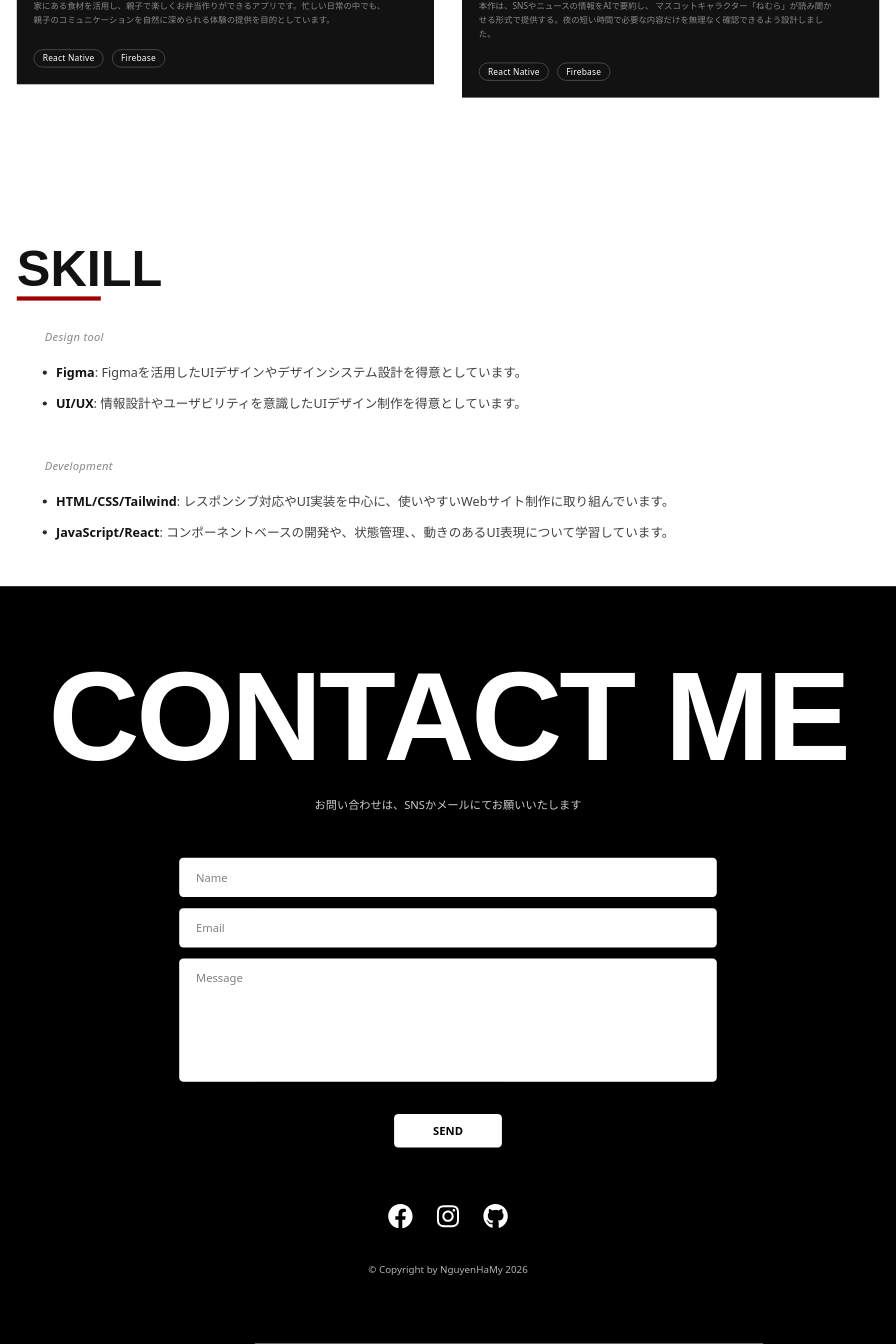
Repository: meme2603/Portfolio-HaMy
Page: / (app in my-portfolio/)
An editor plug-in stored every save of this project. The page is shown before and after the next save, followed by the edit.
The browser window is 1280 px wide. The pictures show the part of the page from y = 4458 to 6378 px (the page is 6378 px tall), at 70% of full size.
Some web fonts or font styles are not loaded; a fallback is used. The project was rebuilt for these pictures with package versions that can differ from the ones it lists, and the page was loaded fresh each time. Also part of the build but not shown: my-portfolio/vite.config.js.

Above is the page before, as saved 2026-05-29 14:48:05.

After the next save:
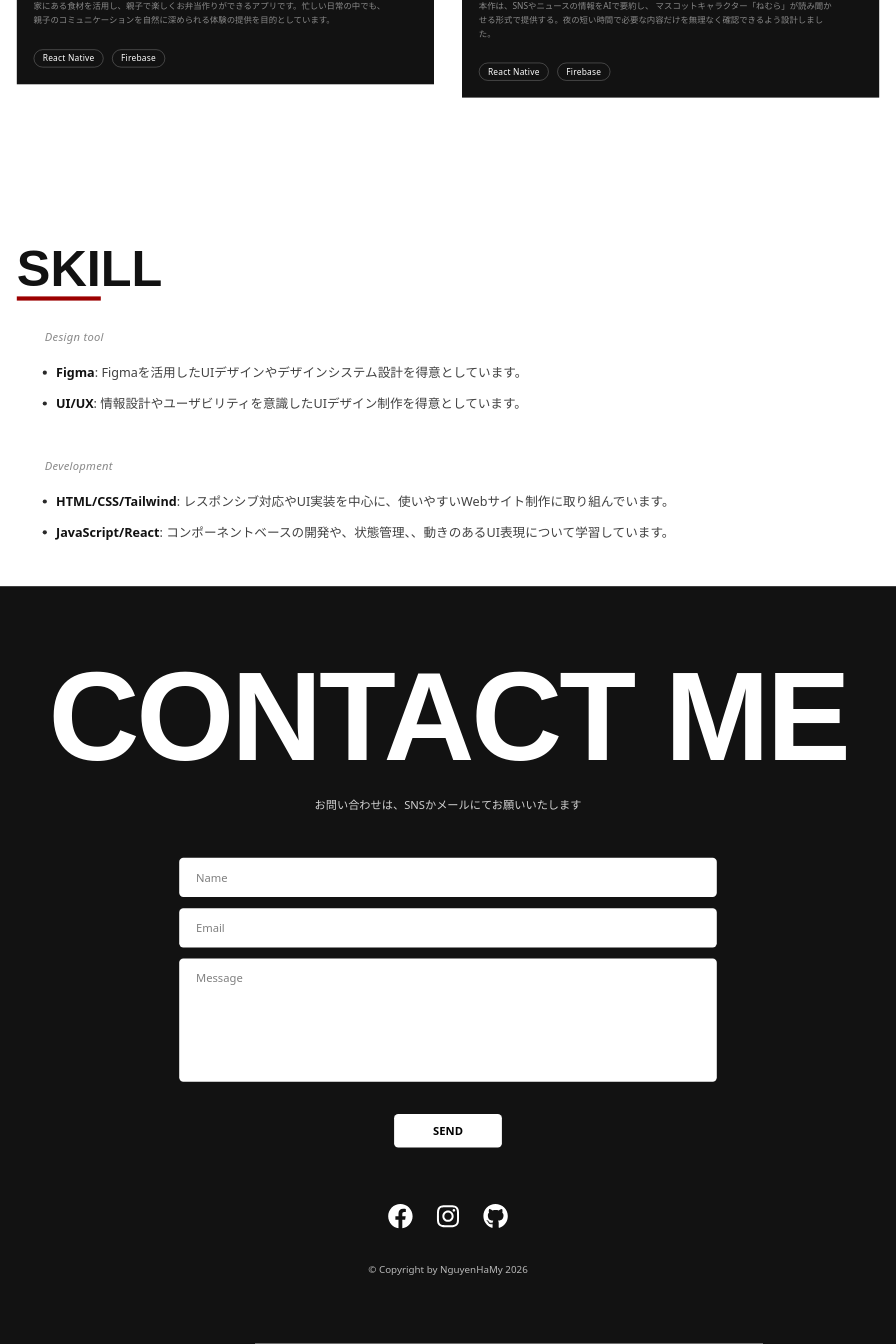
Saved 16 s later.
--- a/my-portfolio/src/components/Contact.jsx
+++ b/my-portfolio/src/components/Contact.jsx
@@ -2,7 +2,7 @@ import { FaFacebook, FaInstagram, FaGithub } from "react-icons/fa";
 
 function Contact() {
   return (
-    <section className="bg-black text-white py-24 overflow-hidden">
+    <section className="bg-font text-white py-24 overflow-hidden">
       <div className="max-w-7xl mx-auto px-6">
         <h1
           className="
